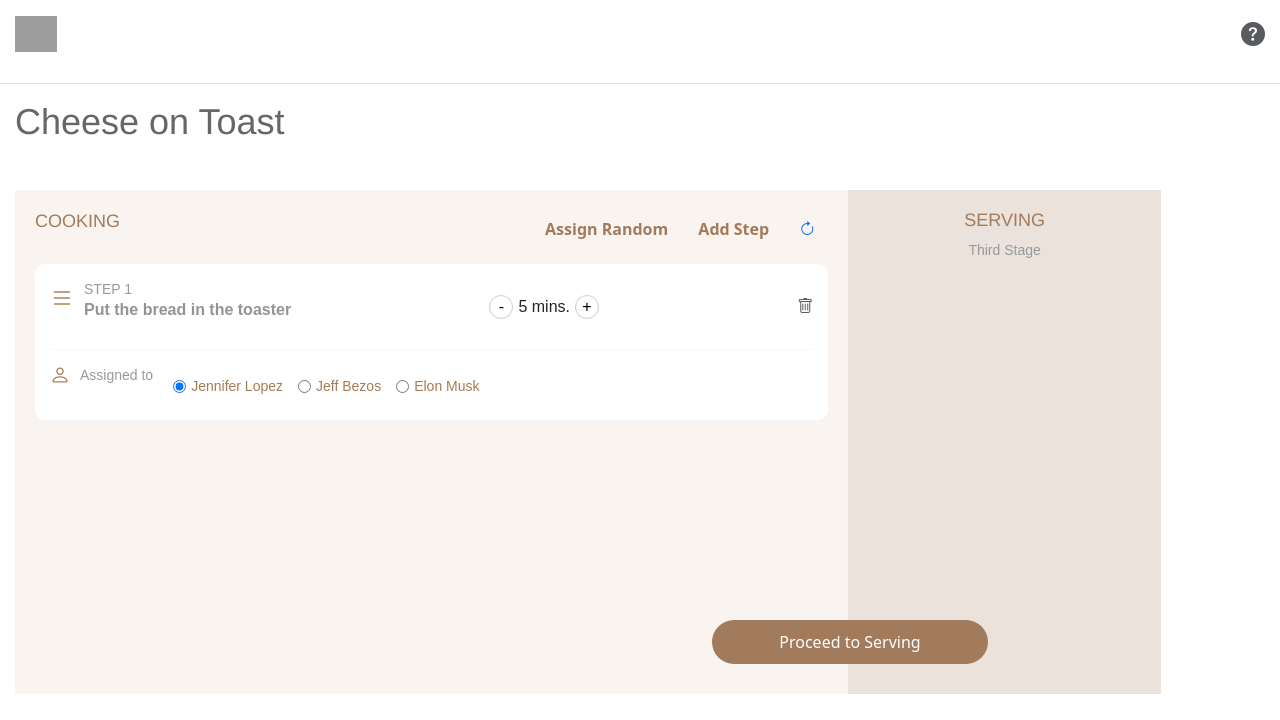
Repository: devashrisamani/SMC
Page: assign.html
These files come from the project's save history. The page is drawn as it stood at one moment and after the next save; the edit follows.
The browser window is 1280 px wide. The pictures show the whole page.
Pictures or frames that could not be fetched are drawn as grey boxes.

Above is the page before, as saved 2024-10-10 11:04:56.

### assign.html
<!DOCTYPE html>
<html lang="en">
  <head>
    <meta charset="UTF-8" />
    <meta name="viewport" content="width=device-width, initial-scale=1.0" />
    <link
      href="https://cdn.jsdelivr.net/npm/bootstrap@5.3.0-alpha1/dist/css/bootstrap.min.css"
      rel="stylesheet"
    />
    <link
      href="https://cdn.jsdelivr.net/npm/bootstrap-icons/font/bootstrap-icons.css"
      rel="stylesheet"
    />
    <link rel="stylesheet" href="styles.css" />
    <title>Assign Page</title>
    <style>
      .step-item {
        border: 1px solid #ddd;
        border-radius: 10px;
        padding: 15px;
        background-color: #f9f9f9;
        margin-bottom: 10px;
      }

      .step-header {
        display: flex;
        justify-content: space-between;
        align-items: center;
        margin-bottom: 15px;
      }

      .handle-icon {
        margin-right: 10px;
        font-size: 24px;
        color: #a67c52;
      }

      .step-info {
        display: inline-block;
      }

      .step-number {
        margin: 0;
        font-size: 12px;
        color: #a67c52;
      }

      .step-title {
        margin: 0;
        font-size: 16px;
        font-weight: bold;
        color: #949494;
      }

      .step-divider {
        border: none;
        border-top: 1px solid #ddd;
        margin: 10px 0;
      }

      .step-timer {
        display: flex;
        align-items: center;
      }

      .timer-btn {
        background-color: #fff;
        border: 1px solid #ccc;
        border-radius: 50%;
        width: 24px;
        height: 24px;
        display: inline-flex;
        justify-content: center;
        align-items: center;
        margin: 0 5px;
        cursor: pointer;
      }

      .timer-btn:hover {
        background-color: #eee;
      }

      .delete-step {
        color: #a67c52;
        cursor: pointer;
      }

      .delete-step:hover {
        color: #333;
      }

      .step-body {
        margin-top: 10px;
        display: flex;
        align-items: center;
      }

      .task-icon {
        font-size: 20px;
        color: #a67c52;
        margin-right: 10px;
      }

      .assigned-text {
        font-size: 14px;
        color: #666;
        margin: 0 10px 0 0;
      }

      .assigned-users {
        display: flex;
        gap: 15px;
        margin-left: 10px;
      }

      .user-option {
        display: inline-flex;
        align-items: center;
      }

      .user-option input {
        margin-right: 5px;
      }

      .user-option span {
        font-size: 14px;
        color: #a67c52;
      }
    </style>
  </head>
  <body>
    <!-- Header -->
    <header class="container-fluid border-bottom py-3">
      <div class="d-flex justify-content-between align-items-center">
        <!-- Logo -->
        <div>
          <img src="img/logomark.svg" alt="Logo" class="logo" />
        </div>

        <!-- Help Icon -->
        <div>
          <i class="bi bi-question-circle-fill fs-4 text-muted"></i>
        </div>
      </div>
    </header>

    <!-- Title and Retry Button -->
    <section class="container-fluid py-3">
      <div class="d-flex justify-content-between align-items-center">
        <!-- Title -->
        <h1 class="header-title">Cheese on Toast</h1>
      </div>
    </section>
    <!-- Main Content -->
    <section class="container-fluid py-3">
      <div class="row position-relative">
        <!-- First Rectangle: Items Needed -->
        <div class="col-md-8 rectangle items-needed">
          <div class="d-flex justify-content-between align-items-center mb-3">
            <!-- Title (Items Needed) -->
            <h4 class="items-title">COOKING</h4>

            <!-- Add Ingredient and Refresh Button -->
            <div>
              <button class="btn btn-link add-ingredient">Assign Random</button>
              <button class="btn btn-link add-ingredient">Add Step</button>
              <button class="btn btn-link refresh-btn">
                <i class="bi bi-arrow-clockwise"></i>
              </button>
            </div>
          </div>

          <!-- Ingredients List -->
          <ul class="list-group ingredients-list">
            <!-- Ingredients will be added here -->
            <li class="step-item list-group-item">
              <div
                class="step-header d-flex align-items-center justify-content-between"
              >
                <div class="d-flex align-items-center">
                  <i class="bi bi-list handle-icon"></i>
                  <div class="step-info">
                    <p class="step-number">STEP 1</p>
                    <h4 class="step-title">Put the bread in the toaster</h4>
                  </div>
                </div>
                <div class="step-timer">
                  <button class="timer-btn">-</button>
                  <span>5 mins.</span>
                  <button class="timer-btn">+</button>
                </div>
                <i class="bi bi-trash text-muted delete-step"></i>
              </div>

              <!-- Horizontal line to separate sections -->
              <hr class="step-divider" />

              <div class="step-body">
                <div class="d-flex align-items-center">
                  <!-- Task icon before "Assigned to" -->
                  <i class="bi bi-person task-icon"></i>
                  <p class="assigned-text mb-0">Assigned to</p>
                </div>

                <!-- Radio buttons below "Assigned to" text -->
                <div class="assigned-users mt-2">
                  <label class="user-option">
                    <input type="radio" name="assigned-user" checked />
                    <span>Jennifer Lopez</span>
                  </label>
                  <label class="user-option">
                    <input type="radio" name="assigned-user" />
                    <span>Jeff Bezos</span>
                  </label>
                  <label class="user-option">
                    <input type="radio" name="assigned-user" />
                    <span>Elon Musk</span>
                  </label>
                </div>
              </div>
            </li>
          </ul>
        </div>

        <!-- Third Rectangle: Serving -->
        <div class="col-md-3 rectangle serving">
          <h5>SERVING</h5>
          <p>Third Stage</p>
        </div>

        <!-- Button inside both Cooking and Serving -->
        <div class="proceed-btn-wrapper position-absolute">
          <button class="btn btn-primary proceed-btn">
            Proceed to Serving
          </button>
        </div>
      </div>
    </section>
  </body>
</html>

### styles.css
/* Custom styles for the header */
html,
body {
  margin: 0;
  padding: 0;
  overflow-x: hidden; /* Hide horizontal scrolling */
}

.logo {
  width: 42px;
  height: 36px;
}

.bi-question-circle-fill {
  color: #a27b5c;
}

.border-bottom {
  border-color: #eee;
}

/* Title Section */
.header-title {
  font-family: "Calistoga-Regular", Helvetica, sans-serif;
  color: #666666;
  font-size: 36px;
  margin: 0;
}

.retry-btn {
  border-color: #a27b5c;
  color: #a27b5c;
  border-radius: 20px;
}

.retry-btn:hover {
  background-color: #a27b5c;
  color: #fff;
}

.container-fluid {
  max-width: 100vw; /* Ensure it does not exceed the viewport width */
  padding-right: 15px;
  padding-left: 15px;
  box-sizing: border-box;
}

.row {
  margin-right: 0;
  margin-left: 0;
}
/* Styling for the three rectangles */

.rectangle {
  background-color: #f7f3ef;
  padding: 20px;
  /* height: 100%; */
  min-height: 70vh;
}

.items-needed {
  background-color: #f9f4ef;
}

.cooking {
  background-color: #f2eee9;
  text-align: center;
}

.serving {
  background-color: #eae2db;
  text-align: center;
}

/* Title and Text Styles */
.items-title {
  font-family: "Calistoga-Regular", Helvetica, sans-serif;
  color: #a27b5c;
  font-size: 18px;
  margin-bottom: 15px;
}

.ingredients-list .list-group-item {
  border: none;
  border-radius: 10px;
  background-color: #fff;
  margin-bottom: 10px;
  font-family: "DM Sans", sans-serif;
}

.ingredients-list .list-group-item strong {
  font-size: 18px;
  color: #666666;
}

.ingredients-list .list-group-item p {
  font-size: 14px;
  color: #999999;
}

/* Add Ingredient Button */
.add-ingredient {
  color: #a27b5c;
  font-weight: bold;
  text-decoration: none;
}

.cooking h5,
.serving h5 {
  font-family: "Calistoga-Regular", Helvetica, sans-serif;
  font-size: 18px;
  color: #a27b5c;
}

.cooking p,
.serving p {
  font-family: "DM Sans", sans-serif;
  font-size: 14px;
  color: #999999;
}

/* Flexbox for the title and button alignment */
.d-flex {
  display: flex;
  justify-content: space-between;
  align-items: center;
  margin-bottom: 15px;
}

.proceed-btn-wrapper {
  position: absolute;
  bottom: 30px;
  left: 50%;
  transform: translateX(20%);
  width: 100%; /* Ensure it's 100% of its parent, not wider */
  max-width: 300px; /* Prevent it from getting too large */
  overflow: hidden;
}

.proceed-btn {
  width: 100%;
  max-width: 300px;
  background-color: #a27b5c;
  color: #fff;
  border-radius: 50px;
  font-size: 16px;
  padding: 10px 40px;
  border: none;
}

.proceed-btn:hover {
  background-color: #8c6649;
  color: #fff;
}

After the next save:
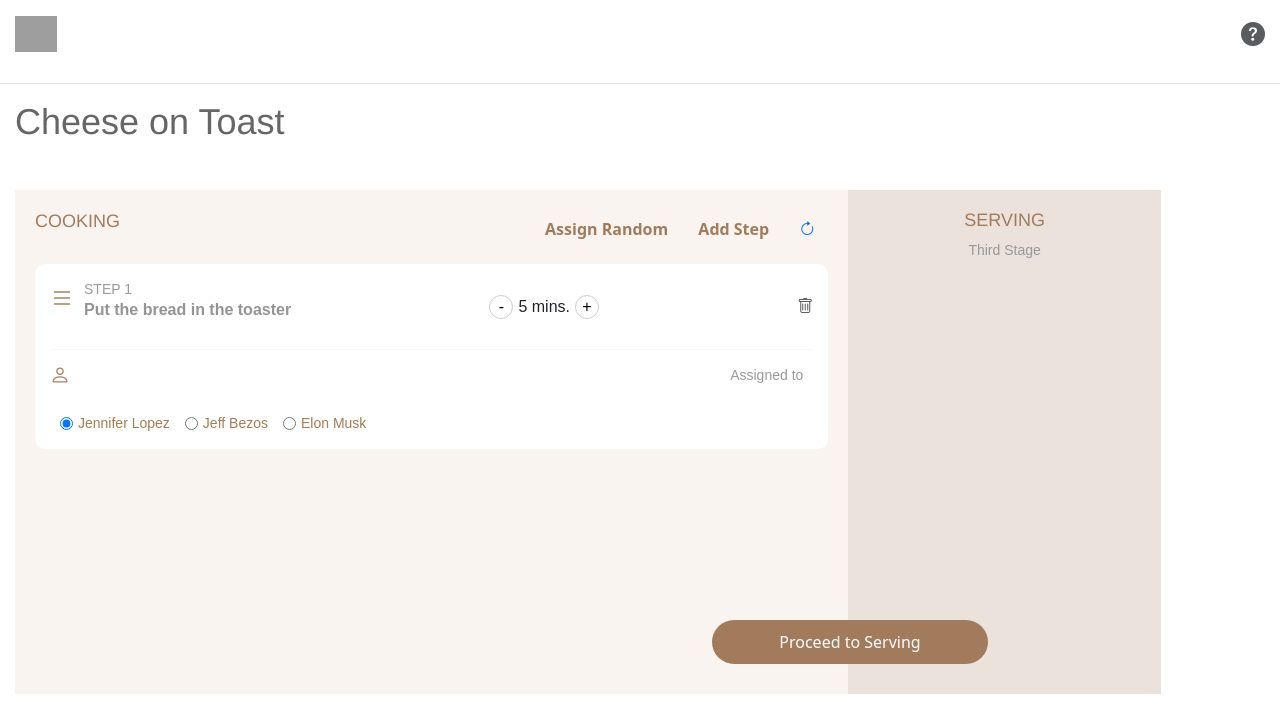
Saved 2 h 14 min later.
--- a/assign.html
+++ b/assign.html
@@ -92,7 +92,14 @@
       .step-body {
         margin-top: 10px;
         display: flex;
-        align-items: center;
+        flex-direction: column; /* Change to column to stack content vertically */
+      }
+
+      .assigned-users {
+        display: flex;
+        gap: 15px;
+        margin-left: 10px;
+        margin-top: 10px; /* Add spacing from the "Assigned to" text */
       }
 
       .task-icon {
@@ -105,12 +112,6 @@
         font-size: 14px;
         color: #666;
         margin: 0 10px 0 0;
-      }
-
-      .assigned-users {
-        display: flex;
-        gap: 15px;
-        margin-left: 10px;
       }
 
       .user-option {
